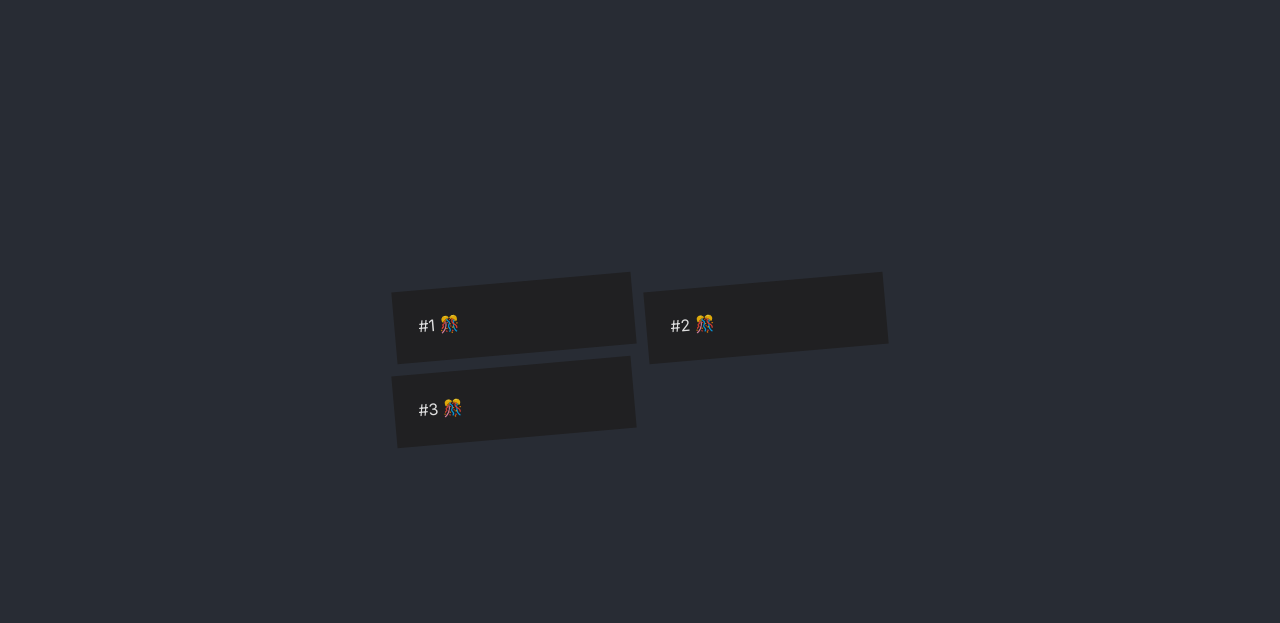
Repository: devsecops-node/simple-play
Page: /recomendations
These files come from the project's save history. The page is drawn as it stood at one moment and after the next save; the edit follows.
The browser window is 1280 px wide. The pictures show the whole page.
The project was rebuilt for these pictures with package versions that can differ from the ones it lists, and the page was loaded fresh each time. The framework's server and built-in components were replaced by stand-ins that run in the browser. Also part of the build but not shown: next.config.mjs.

Above is the page before, as saved 2024-06-21 18:38:07.

After the next save:
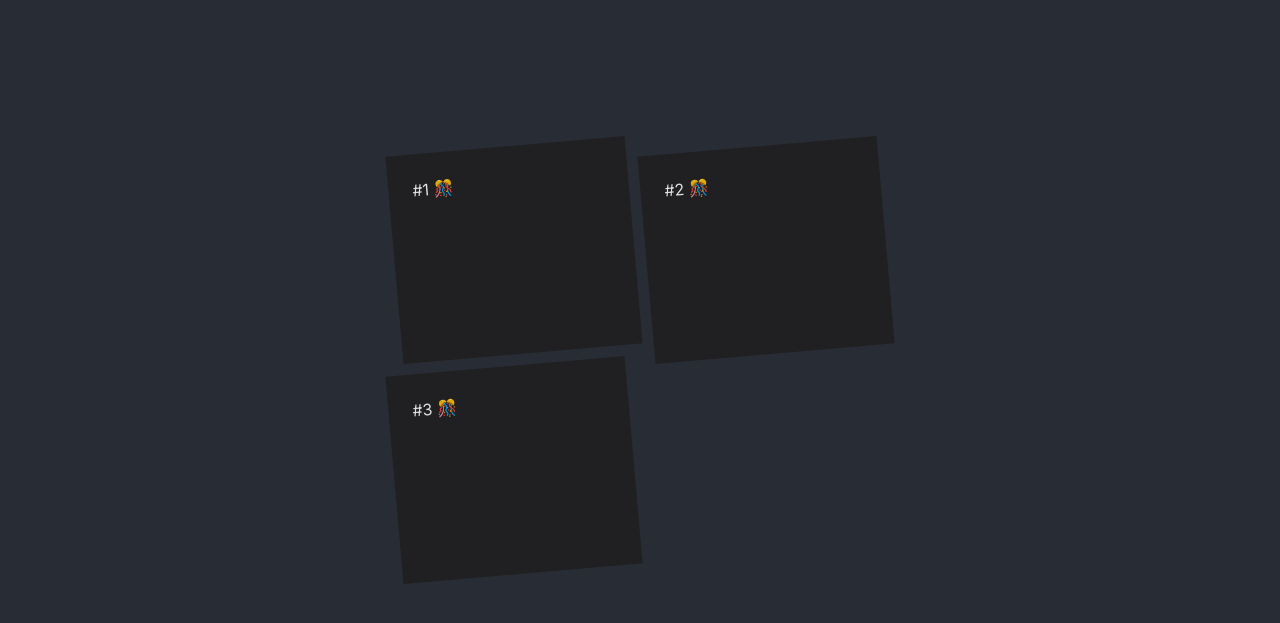
Saved 9 s later.
--- a/src/app/_styles/cards.module.css
+++ b/src/app/_styles/cards.module.css
@@ -13,6 +13,7 @@
   }
 }
 .card {
+  height: 13rem;
   width: 15rem;
   color: #ffffffda;
   padding: 1.5rem;
